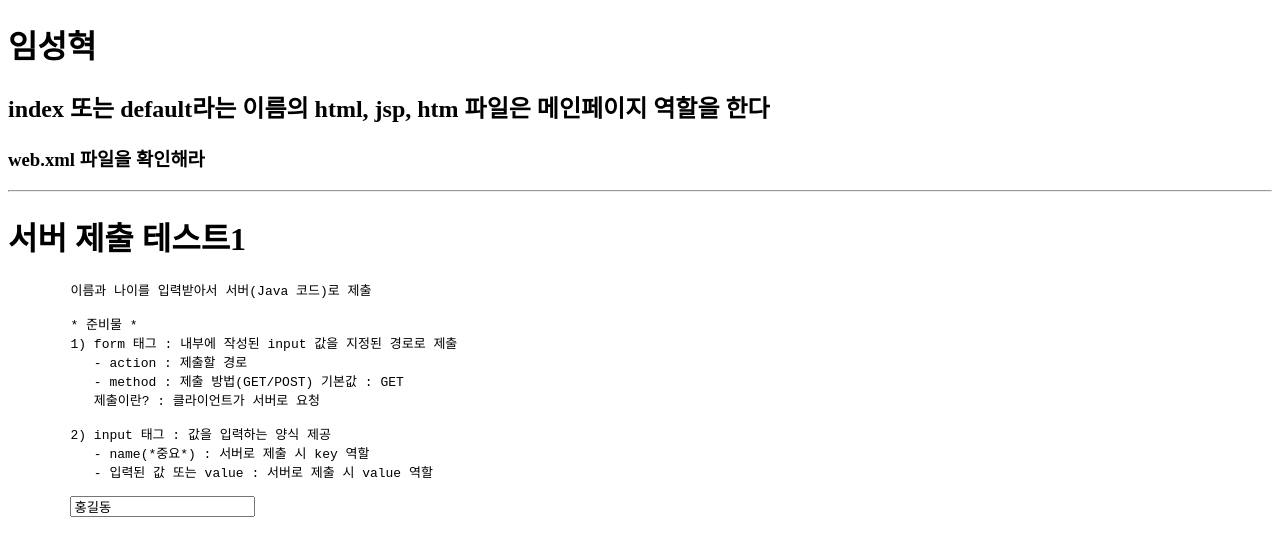
Repository: limbit95/05_Server
Page: ServletProject/src/main/webapp/index.html
These files come from the project's save history. The page is drawn as it stood at one moment and after the next save; the edit follows.
The browser window is 1280 px wide. The pictures show the whole page.

Above is the page before, as saved 2024-03-21 02:41:06.

### ServletProject/src/main/webapp/index.html
<!DOCTYPE html>
<html lang="en">
<head>
    <meta charset="UTF-8">
    <meta name="viewport" content="width=device-width, initial-scale=1.0">
    <title>Servlet Project</title>
</head>
<body>
    <h1>임성혁</h1>
    <h2>index 또는 default라는 이름의 html, jsp, htm 파일은 메인페이지 역할을 한다</h2>
    <h3>web.xml 파일을 확인해라</h3>

    <hr>

    <h1>서버 제출 테스트1</h1>
    <pre>
    	이름과 나이를 입력받아서 서버(Java 코드)로 제출

    	* 준비물 *
    	1) form 태그 : 내부에 작성된 input 값을 지정된 경로로 제출
    	   - action : 제출할 경로
    	   - method : 제출 방법(GET/POST) 기본값 : GET
    	   제출이란? : 클라이언트가 서버로 요청

    	2) input 태그 : 값을 입력하는 양식 제공
    	   - name(*중요*) : 서버로 제출 시 key 역할
    	   - 입력된 값 또는 value : 서버로 제출 시 value 역할

    	<input name="inputName" value="홍길동">
    </pre>
</body>
</html>

After the next save:
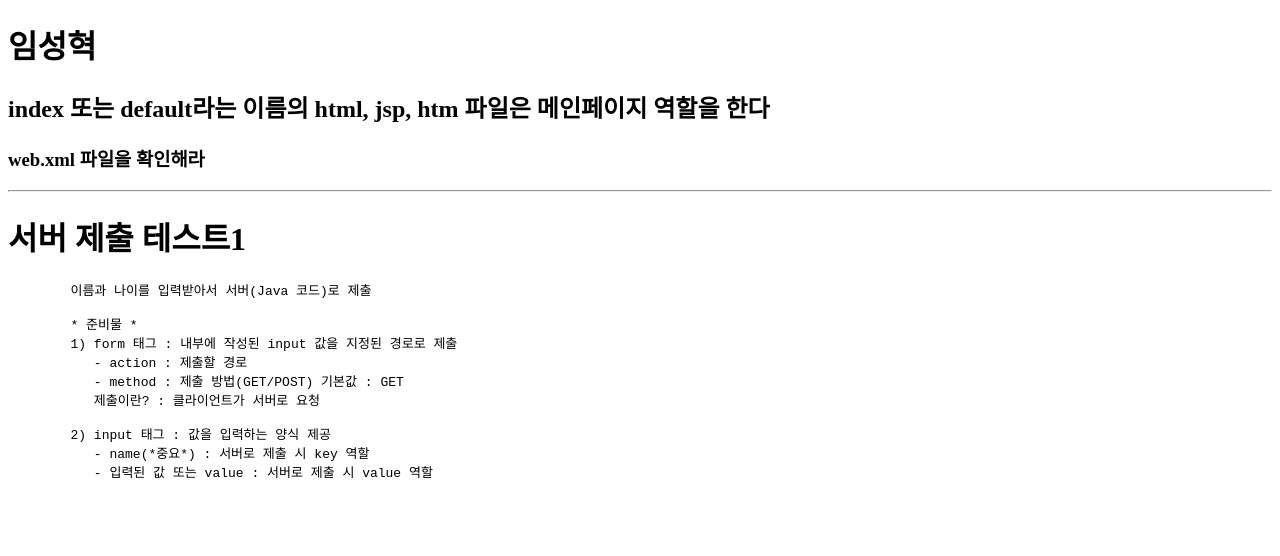
Saved 16 s later.
--- a/ServletProject/src/main/webapp/index.html
+++ b/ServletProject/src/main/webapp/index.html
@@ -26,7 +26,7 @@
     	   - name(*중요*) : 서버로 제출 시 key 역할
     	   - 입력된 값 또는 value : 서버로 제출 시 value 역할
 
-    	<input name="inputName" value="홍길동">
+    	<!-- <input name="inputName" value="홍길동"> -->
     </pre>
 </body>
 </html>
